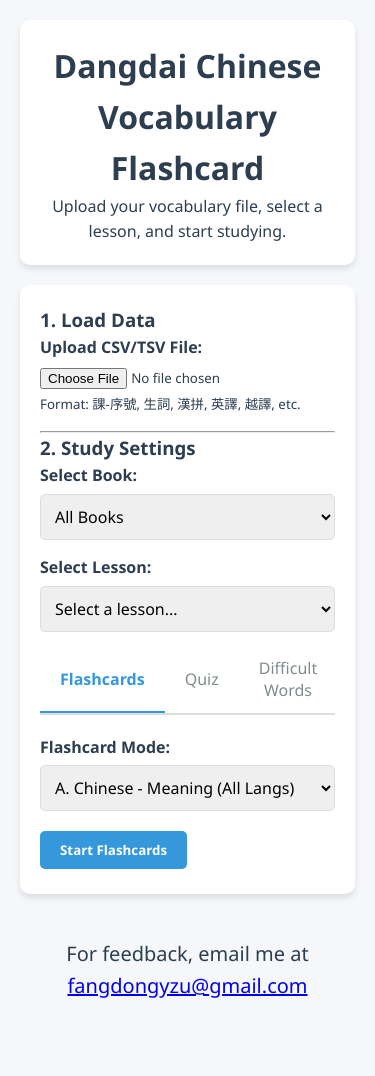
Repository: fangdongyzu/dangdaiflashcards
Page: index.html
These files come from the project's save history. The page is drawn as it stood at one moment and after the next save; the edit follows.
The browser window is 375 px wide. The pictures show the whole page.

Above is the page before, as saved 2025-11-27 22:07:47.
Console error: TypeError: Cannot read properties of null (reading 'addEventListener')

After the next save:
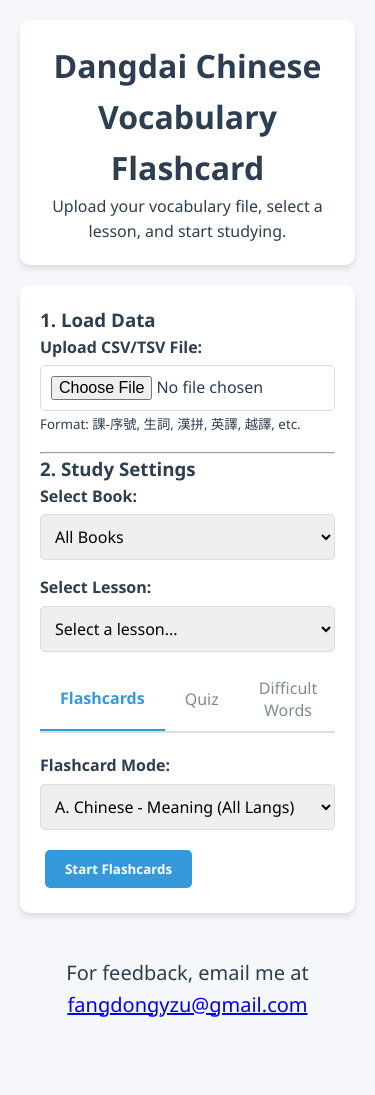
Saved 10 s later.
--- a/styles.css
+++ b/styles.css
@@ -1,6 +1,6 @@
 :root {
     --primary-color: #3498db;
-    --secondary-color: #7f8c8d;
+    --secondary-color: #2980b9;
     --accent-color: #e74c3c;
     --light-color: #ecf0f1;
     --dark-color: #2c3e50;
@@ -48,6 +48,7 @@
     transition: all 0.3s ease;
 }
 
+/* Utility to hide elements */
 .hidden {
     display: none !important;
 }
@@ -62,7 +63,7 @@
     font-weight: 600;
 }
 
-select {
+select, input[type="file"] {
     width: 100%;
     padding: 10px;
     border: 1px solid #ddd;
@@ -77,17 +78,15 @@
     cursor: pointer;
     font-weight: 600;
     transition: background 0.2s;
-    margin: 5px 0;
-    display: inline-block;
+    margin: 5px;
 }
 
 .btn.primary { background-color: var(--primary-color); color: white; }
-.btn.secondary { background-color: var(--secondary-color); color: white; }
+.btn.secondary { background-color: #95a5a6; color: white; }
 .btn.warning { background-color: var(--warning-color); color: white; }
-.btn.small { padding: 5px 15px; font-size: 0.9rem; margin-right: 10px;}
-.btn:disabled { background-color: #ccc; cursor: not-allowed; }
-
-.btn:hover:not(:disabled) { opacity: 0.9; }
+.btn.small { padding: 5px 10px; font-size: 0.9rem; }
+
+.btn:hover { opacity: 0.9; }
 
 /* Tabs */
 .tabs {
@@ -103,7 +102,6 @@
     cursor: pointer;
     font-size: 1rem;
     color: #7f8c8d;
-    border-bottom: 2px solid transparent;
 }
 
 .tab-btn.active {
@@ -121,41 +119,12 @@
     display: block;
 }
 
-/* Table / List View */
-.table-container {
-    overflow-x: auto;
-    background: white;
-    border-radius: var(--border-radius);
-    box-shadow: var(--box-shadow);
-    max-height: 600px;
-    overflow-y: auto;
-}
-
-table {
-    width: 100%;
-    border-collapse: collapse;
-}
-
-th, td {
-    padding: 12px 15px;
-    text-align: left;
-    border-bottom: 1px solid #ddd;
-}
-
-th {
-    background-color: var(--primary-color);
-    color: white;
-    position: sticky;
-    top: 0;
-    z-index: 10;
-}
-
 /* Flashcard Styles */
 .flashcard-container {
     perspective: 1000px;
     width: 100%;
     max-width: 600px;
-    height: 480px; /* Increased height to fit all languages */
+    height: 400px;
     margin: 20px auto;
 }
 
@@ -204,7 +173,7 @@
     background-color: #fdfefe;
 }
 
-/* Typography */
+/* Content Typography */
 .chinese-text {
     font-size: 3rem;
     color: var(--dark-color);
@@ -219,26 +188,27 @@
 }
 
 .meaning-grid {
-    display: block; /* Changed to block for list style */
+    display: grid;
+    grid-template-columns: 1fr;
+    gap: 8px;
     text-align: left;
     width: 100%;
-    font-size: 1rem;
+    font-size: 0.95rem;
     background: #f8f9fa;
-    padding: 15px;
+    padding: 10px;
     border-radius: 8px;
 }
 
 .meaning-item {
     border-bottom: 1px solid #eee;
-    padding: 4px 0;
-    display: flex;
+    padding-bottom: 4px;
 }
 
 .meaning-label {
     font-weight: bold;
     color: #7f8c8d;
-    width: 45px;
-    flex-shrink: 0;
+    display: inline-block;
+    width: 40px;
 }
 
 .flip-hint {
@@ -261,7 +231,7 @@
 
 .options-grid {
     display: grid;
-    grid-template-columns: repeat(auto-fit, minmax(300px, 1fr));
+    grid-template-columns: repeat(auto-fit, minmax(250px, 1fr));
     gap: 15px;
     margin-top: 20px;
 }
@@ -275,9 +245,6 @@
     transition: all 0.2s;
     text-align: left;
     font-size: 1rem;
-    display: flex;
-    flex-direction: column;
-    justify-content: center;
 }
 
 .quiz-option:hover {
@@ -296,6 +263,7 @@
     color: #721c24;
 }
 
+/* Header Row for active modes */
 .header-row {
     display: flex;
     justify-content: space-between;
@@ -307,3 +275,9 @@
     from { opacity: 0; }
     to { opacity: 1; }
 }
+
+@media (max-width: 600px) {
+    .flashcard-container { height: 500px; } /* Taller for mobile to fit meanings */
+    .chinese-text { font-size: 2.5rem; }
+    .options-grid { grid-template-columns: 1fr; }
+}

After the save that followed:
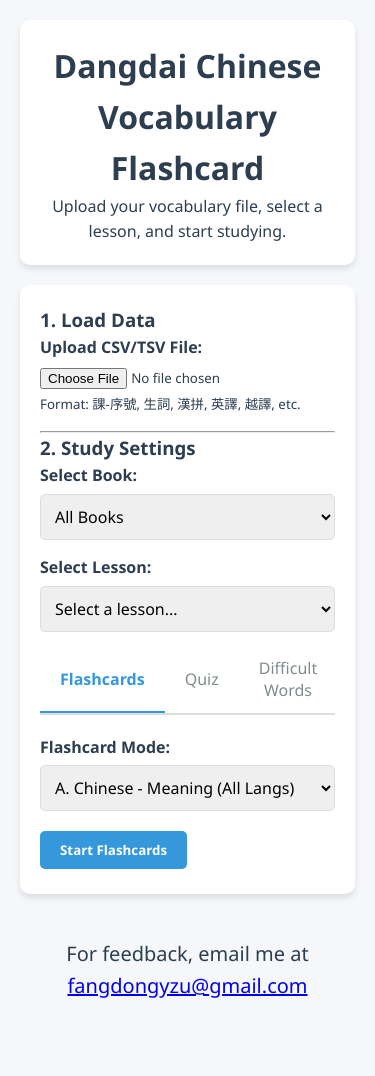
Saved 66 s later.
--- a/styles.css
+++ b/styles.css
@@ -1,6 +1,6 @@
 :root {
     --primary-color: #3498db;
-    --secondary-color: #2980b9;
+    --secondary-color: #7f8c8d;
     --accent-color: #e74c3c;
     --light-color: #ecf0f1;
     --dark-color: #2c3e50;
@@ -48,7 +48,6 @@
     transition: all 0.3s ease;
 }
 
-/* Utility to hide elements */
 .hidden {
     display: none !important;
 }
@@ -63,7 +62,7 @@
     font-weight: 600;
 }
 
-select, input[type="file"] {
+select {
     width: 100%;
     padding: 10px;
     border: 1px solid #ddd;
@@ -78,15 +77,17 @@
     cursor: pointer;
     font-weight: 600;
     transition: background 0.2s;
-    margin: 5px;
+    margin: 5px 0;
+    display: inline-block;
 }
 
 .btn.primary { background-color: var(--primary-color); color: white; }
-.btn.secondary { background-color: #95a5a6; color: white; }
+.btn.secondary { background-color: var(--secondary-color); color: white; }
 .btn.warning { background-color: var(--warning-color); color: white; }
-.btn.small { padding: 5px 10px; font-size: 0.9rem; }
-
-.btn:hover { opacity: 0.9; }
+.btn.small { padding: 5px 15px; font-size: 0.9rem; margin-right: 10px;}
+.btn:disabled { background-color: #ccc; cursor: not-allowed; }
+
+.btn:hover:not(:disabled) { opacity: 0.9; }
 
 /* Tabs */
 .tabs {
@@ -102,6 +103,7 @@
     cursor: pointer;
     font-size: 1rem;
     color: #7f8c8d;
+    border-bottom: 2px solid transparent;
 }
 
 .tab-btn.active {
@@ -119,12 +121,41 @@
     display: block;
 }
 
+/* Table / List View */
+.table-container {
+    overflow-x: auto;
+    background: white;
+    border-radius: var(--border-radius);
+    box-shadow: var(--box-shadow);
+    max-height: 600px;
+    overflow-y: auto;
+}
+
+table {
+    width: 100%;
+    border-collapse: collapse;
+}
+
+th, td {
+    padding: 12px 15px;
+    text-align: left;
+    border-bottom: 1px solid #ddd;
+}
+
+th {
+    background-color: var(--primary-color);
+    color: white;
+    position: sticky;
+    top: 0;
+    z-index: 10;
+}
+
 /* Flashcard Styles */
 .flashcard-container {
     perspective: 1000px;
     width: 100%;
     max-width: 600px;
-    height: 400px;
+    height: 480px; /* Increased height to fit all languages */
     margin: 20px auto;
 }
 
@@ -173,7 +204,7 @@
     background-color: #fdfefe;
 }
 
-/* Content Typography */
+/* Typography */
 .chinese-text {
     font-size: 3rem;
     color: var(--dark-color);
@@ -188,27 +219,26 @@
 }
 
 .meaning-grid {
-    display: grid;
-    grid-template-columns: 1fr;
-    gap: 8px;
+    display: block; /* Changed to block for list style */
     text-align: left;
     width: 100%;
-    font-size: 0.95rem;
+    font-size: 1rem;
     background: #f8f9fa;
-    padding: 10px;
+    padding: 15px;
     border-radius: 8px;
 }
 
 .meaning-item {
     border-bottom: 1px solid #eee;
-    padding-bottom: 4px;
+    padding: 4px 0;
+    display: flex;
 }
 
 .meaning-label {
     font-weight: bold;
     color: #7f8c8d;
-    display: inline-block;
-    width: 40px;
+    width: 45px;
+    flex-shrink: 0;
 }
 
 .flip-hint {
@@ -231,7 +261,7 @@
 
 .options-grid {
     display: grid;
-    grid-template-columns: repeat(auto-fit, minmax(250px, 1fr));
+    grid-template-columns: repeat(auto-fit, minmax(300px, 1fr));
     gap: 15px;
     margin-top: 20px;
 }
@@ -245,6 +275,9 @@
     transition: all 0.2s;
     text-align: left;
     font-size: 1rem;
+    display: flex;
+    flex-direction: column;
+    justify-content: center;
 }
 
 .quiz-option:hover {
@@ -263,7 +296,6 @@
     color: #721c24;
 }
 
-/* Header Row for active modes */
 .header-row {
     display: flex;
     justify-content: space-between;
@@ -275,9 +307,3 @@
     from { opacity: 0; }
     to { opacity: 1; }
 }
-
-@media (max-width: 600px) {
-    .flashcard-container { height: 500px; } /* Taller for mobile to fit meanings */
-    .chinese-text { font-size: 2.5rem; }
-    .options-grid { grid-template-columns: 1fr; }
-}
